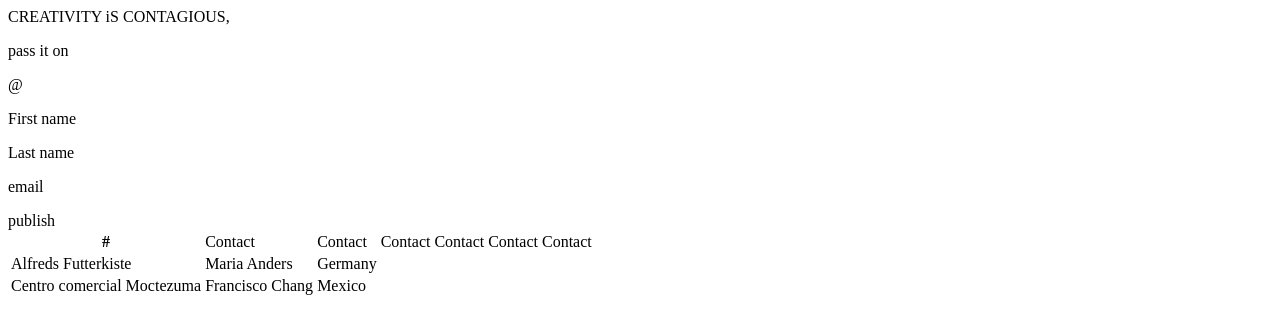
Repository: ceo-of-albeni/articles
Page: /
The author's editor kept a copy of each file at every save. The page is drawn from the files as they stood at one save, then again after the next save.
The browser window is 1280 px wide. The pictures show the whole page.
The project was rebuilt for these pictures with package versions that can differ from the ones it lists, and the page was loaded fresh each time. Also part of the build but not shown: src/reviewer's profil/reviewer.scss.

Above is the page before, as saved 2023-05-09 18:08:29.

After the next save:
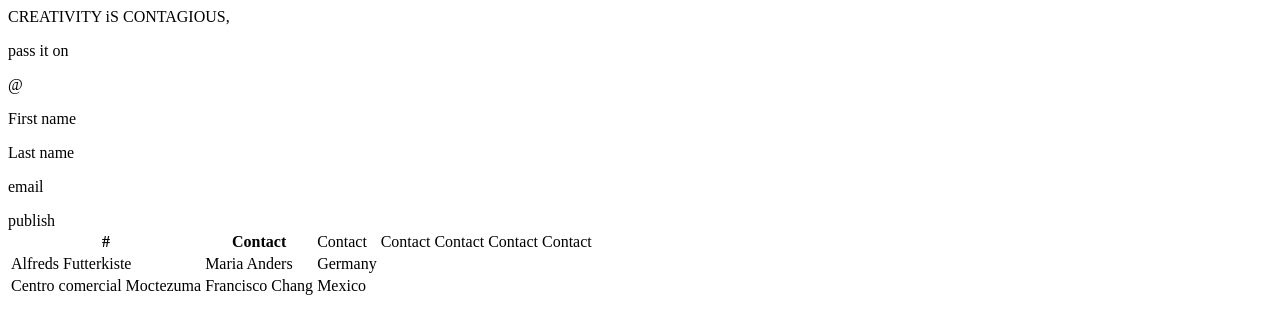
Saved 11 s later.
--- a/src/reviewer's profil/reveiwer.jsx
+++ b/src/reviewer's profil/reveiwer.jsx
@@ -22,7 +22,7 @@
                     <table>
                         <tr>
                             <th>#</th>
-                            <td>Contact</td>
+                            <th>Contact</th>
                             <td>Contact</td>
                             <td>Contact</td>
                             <td>Contact</td>

After the 3 saves that followed:
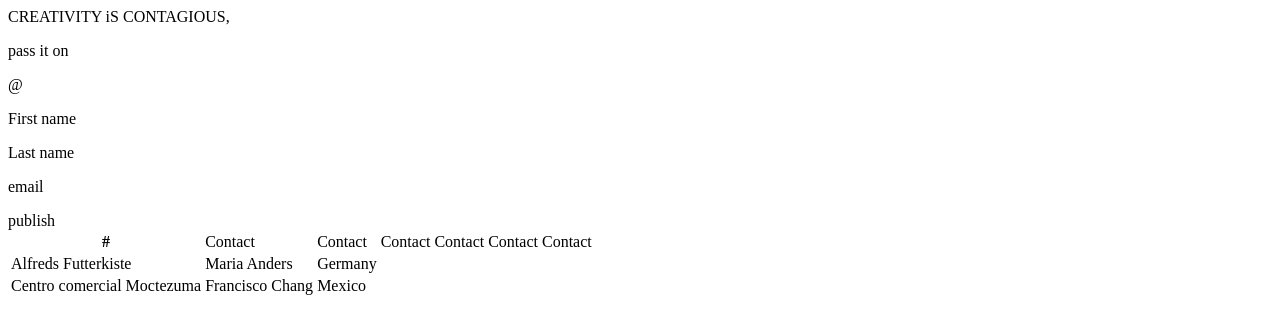
The 3 saves are shown as one change because they came seconds apart.
The last was saved 9 s later.
--- a/src/reviewer's profil/reveiwer.jsx
+++ b/src/reviewer's profil/reveiwer.jsx
@@ -22,7 +22,7 @@
                     <table>
                         <tr>
                             <th>#</th>
-                            <th>Contact</th>
+                            <td>Contact </td>
                             <td>Contact</td>
                             <td>Contact</td>
                             <td>Contact</td>
